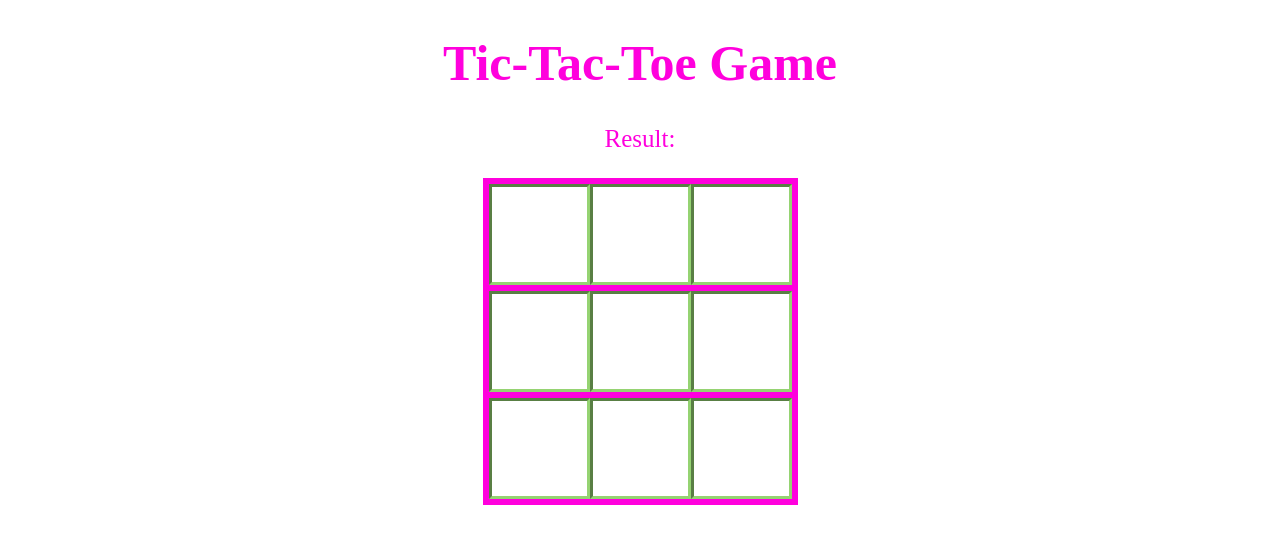
Repository: 0101chaitanya/Tic-Tac-Toe
Page: index.html
These files come from the project's save history. The page is drawn as it stood at one moment and after the next save; the edit follows.
The browser window is 1280 px wide. The pictures show the whole page.

Above is the page before, as saved 2021-06-09 18:09:10.

### index.html
<!DOCTYPE html>
<html>
    <head>
<meta charset="utf-8">
<title>Tic-Tac-Toe Game</title>
<link rel="stylesheet" href="styles.css">
    </head>
<body>
    <h1 id="heading">Tic-Tac-Toe Game</h1>

    <div id = "Output">
        <p  >Result:</p>
    </div>
    <div id = "gameSquare">

    <div id = "row1">
    <div class = "r1Column"></div>
    <div class = "rlColumn"></div>
    <div class = "rlColumn"></div>
</div>
<div id = "row2">
    <div class = "r2Column"></div>
    <div class = "r2Column"></div>
    <div class = "r2Column"></div>
</div>
<div id = "row3">
    <div class = "r3Column"></div>
    <div class = "r3Column"></div>
    <div class = "r3Column"></div>
</div>
</div>
</body>
<script type="text/javascript" src="script.js"></script>
</html>

### styles.css
:root{
    text-align: center;
}
@media  screen and (max-width: 400px){
    :root{
        color:blue;
        font-size: 14px;
}

}
@media  screen and (min-width: 401px) and (max-width: 700px){
    :root{
        color:rgb(30, 255, 0);
        font-size: 18px;
}


}@media  screen and (min-width: 701px) {
    :root{
        color:rgb(255, 0, 221);
        font-size:25px;
}

}

#gameSquare{
    border-style: solid;
    width:min-content;
    height:min-content;
    display:block;
    margin:auto;
}
#gameSquare>div:nth-child(n){
    border-style: solid;
    width:min-content;
    height:min-content;
    display:flex;
    justify-content:center;
    align-items:center;
}
#gameSquare>div:nth-child(n)>div:nth-child(n){
    display:block;
    margin: auto;
    border-style: solid;
    width:3.8rem;
    height:3.8rem;
border-style:inset;
border-color: rgb(149, 211, 114);;
}

### script.js
/* (function(){
let
})(); */

After the next save:
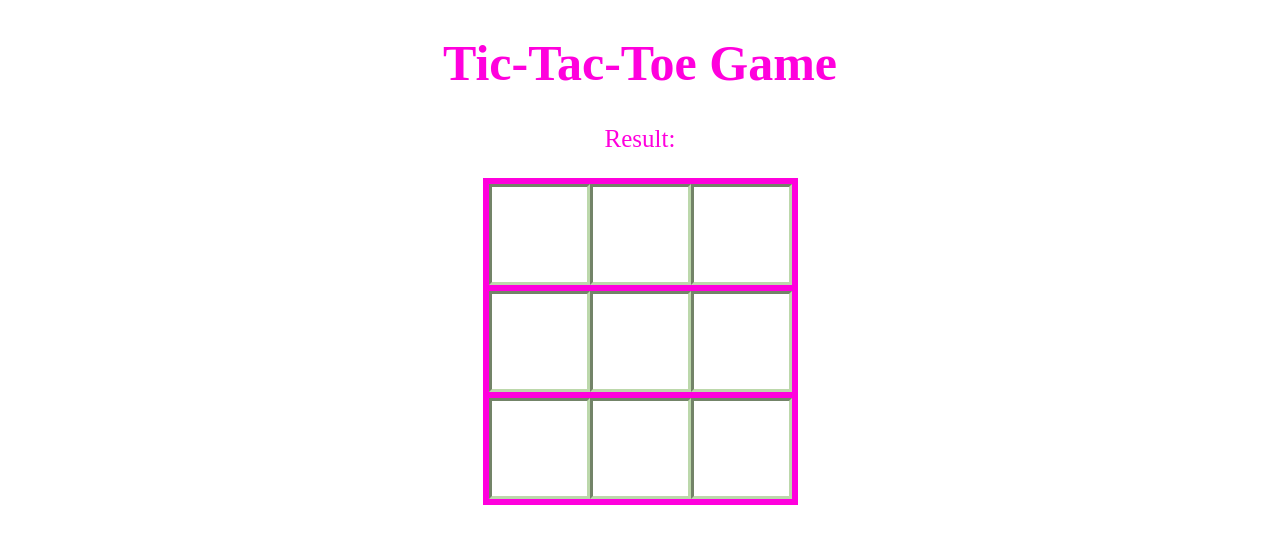
Saved 19 s later.
--- a/styles.css
+++ b/styles.css
@@ -1,5 +1,6 @@
 :root{
     text-align: center;
+font-weight: solid;
 }
 @media  screen and (max-width: 400px){
     :root{
@@ -45,5 +46,5 @@
     width:3.8rem;
     height:3.8rem;
 border-style:inset;
-border-color: rgb(149, 211, 114);;
+border-color: rgb(188, 216, 171);;
 }
